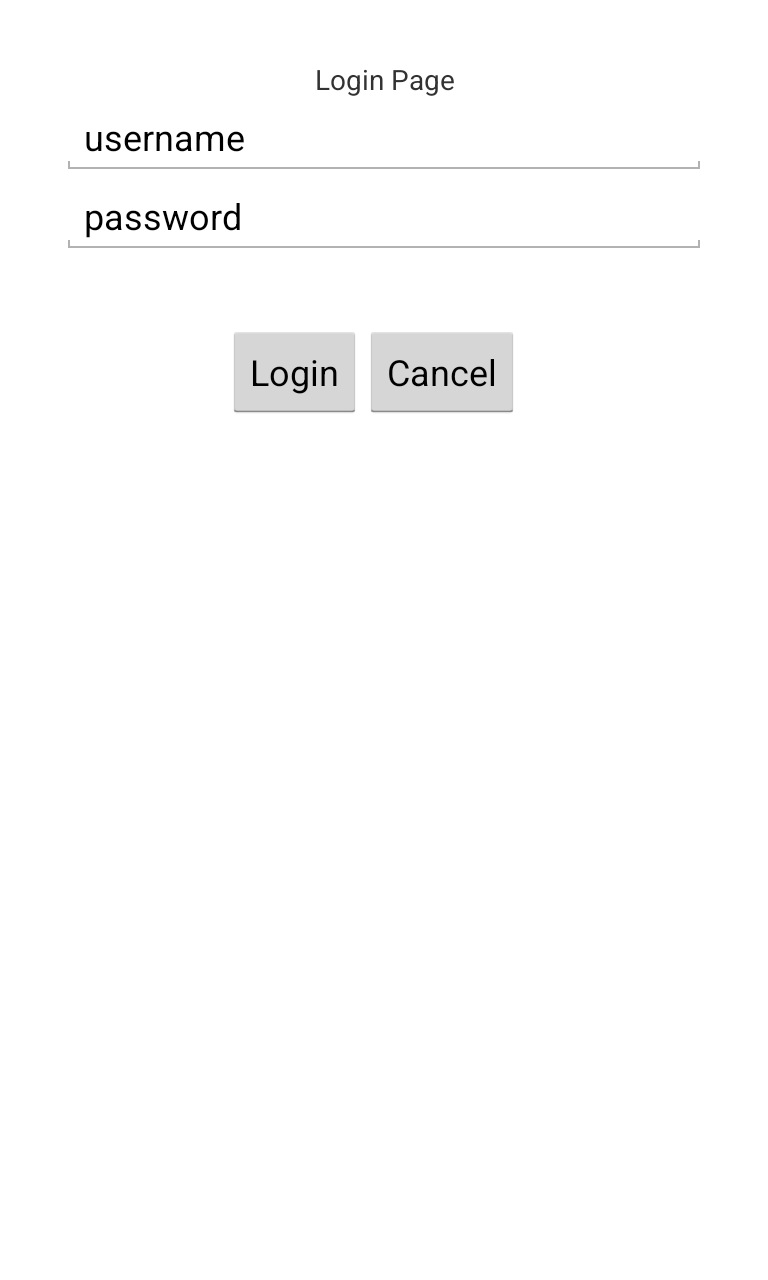
Repository: founderzhl/MarsAndroid
Layout: S01_E15_RelativeLayout02/res/layout/activity_main.xml
The author's editor kept a copy of each file at every save. The layout is drawn from the files as they stood at one save, then again after the next save.
It is drawn on a 768 x 1280 px phone screen (xhdpi) without system bars, with theme AppTheme; the app's code is not run.

Above is the layout before, as saved 2015-01-22 16:25:17.

### S01_E15_RelativeLayout02/res/layout/activity_main.xml
<RelativeLayout xmlns:android="http://schemas.android.com/apk/res/android"
    xmlns:tools="http://schemas.android.com/tools"
    android:layout_width="match_parent"
    android:layout_height="match_parent"
    android:padding="30dp" >

    <TextView
        android:id="@+id/labelView"
        android:layout_width="match_parent"
        android:layout_height="wrap_content"
        android:gravity="center"
        android:text="Login Page" />

        <EditText
        android:id="@+id/usernameText"
        android:layout_width="wrap_content"
        android:layout_height="wrap_content"
        android:text="username"
        android:layout_below="@id/labelView"
        android:layout_alignParentLeft="true"
        android:layout_alignParentRight="true" />

        <EditText
        android:id="@+id/passwordText"
        android:layout_width="wrap_content"
        android:layout_height="wrap_content"
        android:text="password"
        android:layout_below="@id/usernameText"
        android:layout_alignLeft="@id/usernameText"
        android:layout_alignRight="@id/usernameText" />

        <Button
            android:id="@+id/cancelButton"
            android:layout_width="wrap_content"
            android:layout_height="wrap_content"
            android:layout_below="@+id/passwordText"
            android:layout_marginTop="34dp"
            android:layout_toRightOf="@+id/loginButton"
            android:text="Cancel" />

        <Button
            android:id="@+id/loginButton"
            android:layout_width="wrap_content"
            android:layout_height="wrap_content"
            android:layout_alignBaseline="@+id/cancelButton"
            android:layout_alignBottom="@+id/cancelButton"
            android:layout_alignParentLeft="true"
            android:layout_marginLeft="83dp"
            android:text="Login" />

</RelativeLayout>

Loaded but not shown: S01_E15_RelativeLayout02/res/values/styles.xml (common file); S01_E15_RelativeLayout02/res/values-v11/styles.xml (common file); S01_E15_RelativeLayout02/res/values-v14/styles.xml (common file)

After the next save:
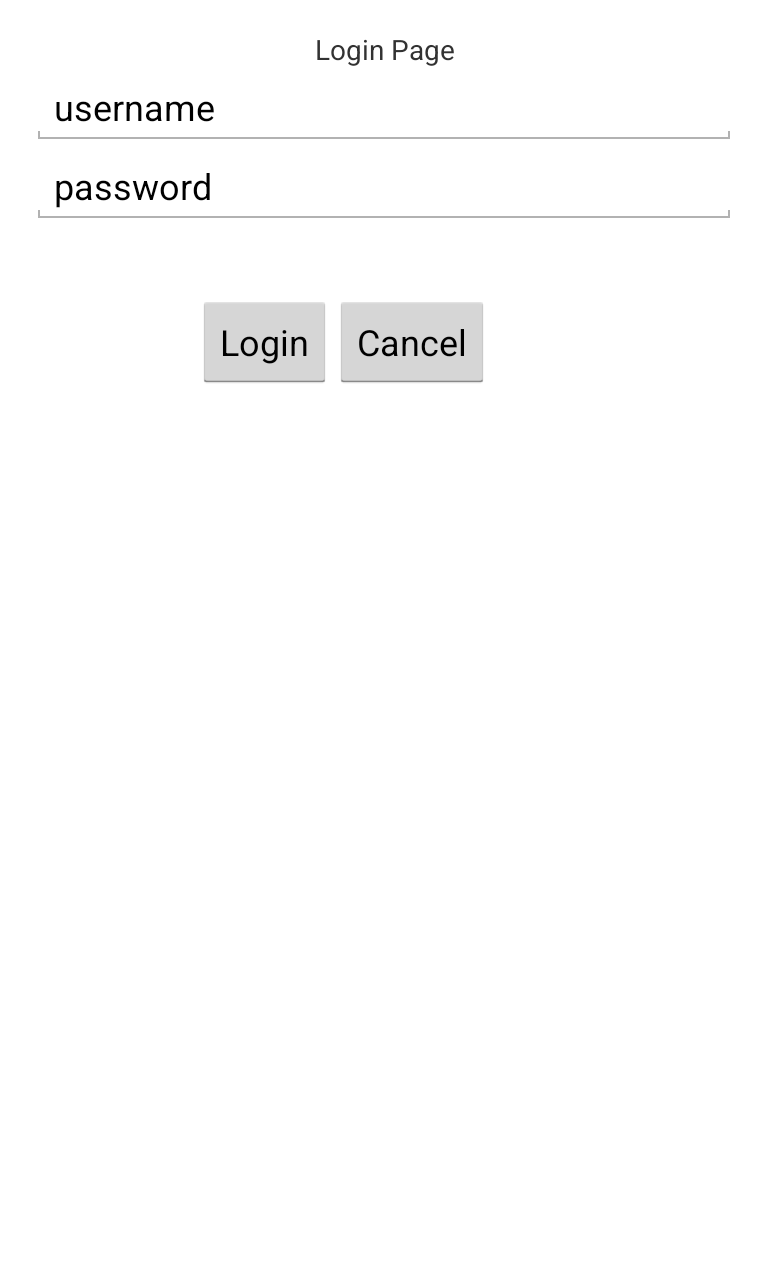
Saved 19 s later.
--- a/S01_E15_RelativeLayout02/res/layout/activity_main.xml
+++ b/S01_E15_RelativeLayout02/res/layout/activity_main.xml
@@ -2,7 +2,7 @@
     xmlns:tools="http://schemas.android.com/tools"
     android:layout_width="match_parent"
     android:layout_height="match_parent"
-    android:padding="30dp" >
+    android:padding="15dp" >
 
     <TextView
         android:id="@+id/labelView"
